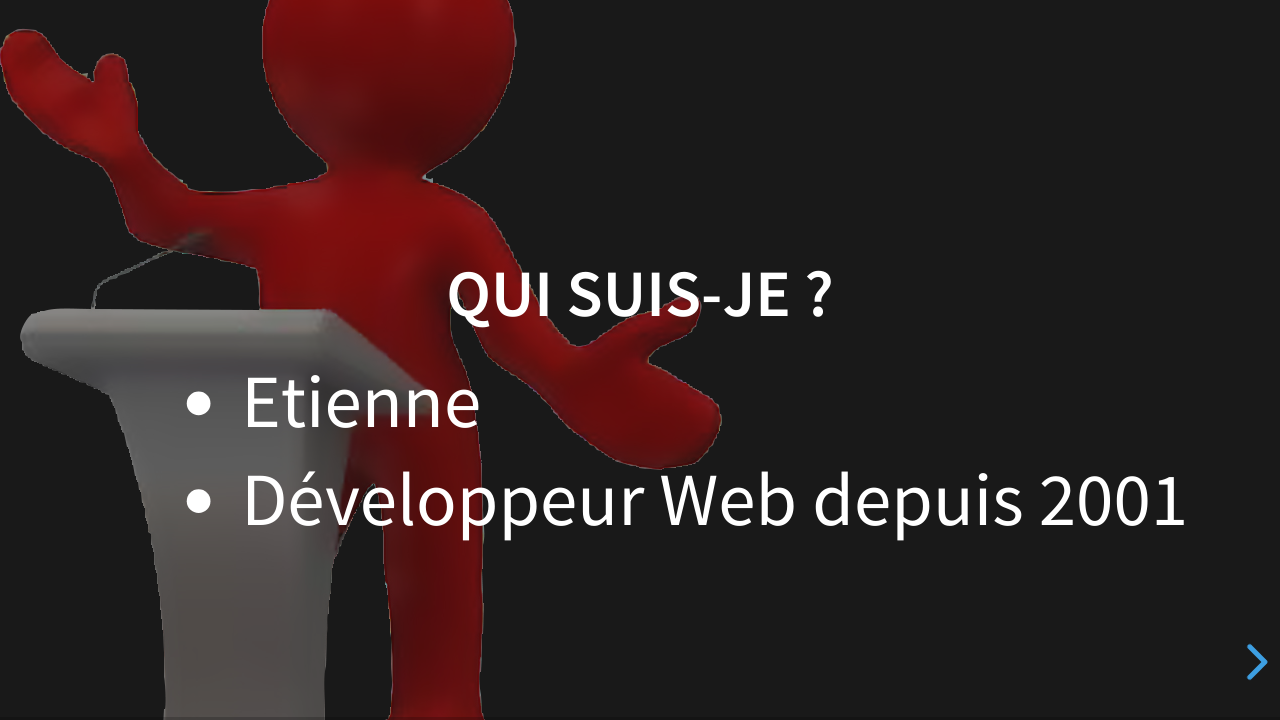
Repository: cutesquirrel/pres-college
Page: index.html
An editor plug-in stored every save of this project. The page is shown before and after the next save, followed by the edit.
The browser window is 1280 px wide. The pictures show the whole page.

Above is the page before, as saved 2024-03-31 10:39:15.

After the next save:
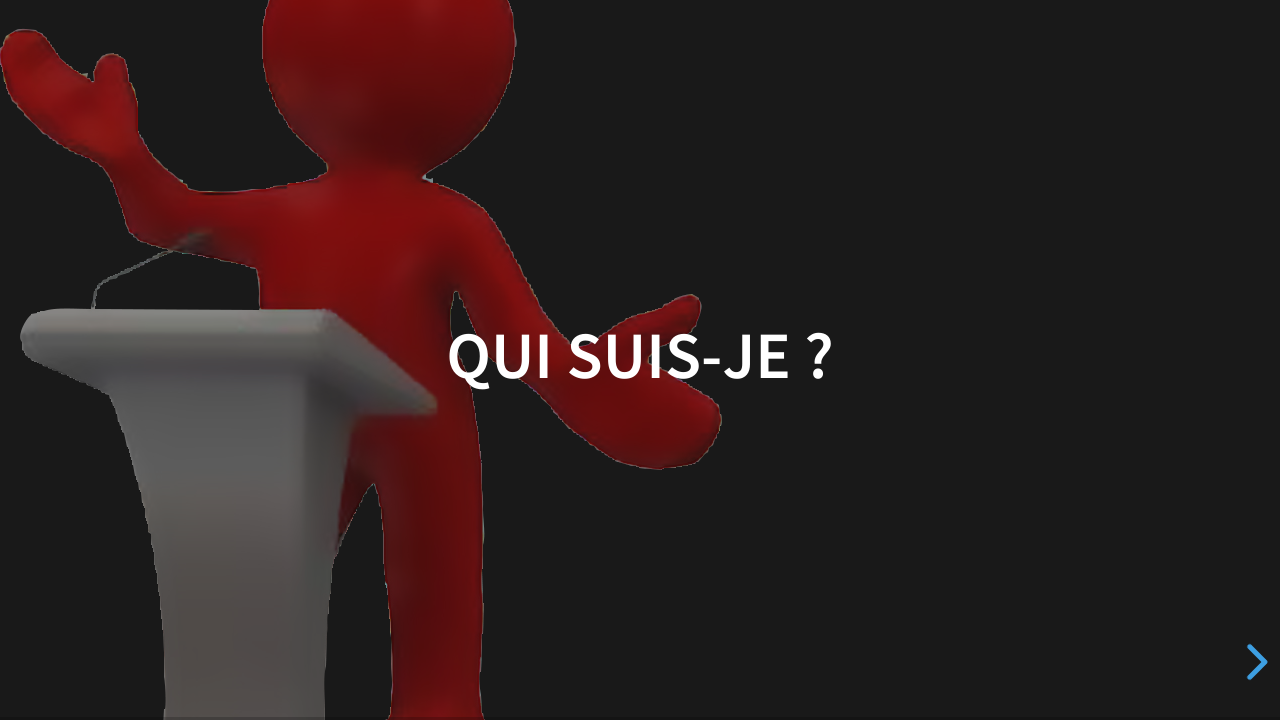
Saved 13 s later.
--- a/index.html
+++ b/index.html
@@ -18,10 +18,6 @@
 			<div class="slides">
 				<section data-background-image="./whoami.png" data-background-size="722px" data-background-position="left" data-background-repeat="no-repeat" data-background-opacity="0.5">
 					<h2>Qui suis-je ?</h2>
-					<ul class="r-fit-text" >
-						<li>Etienne</li>
-						<li>Développeur Web depuis 2001</li>
-					</ul>
 				</section>
 				<section data-background-image="./fond_dev.png" >
 					<h2>Développement ?</h2>
